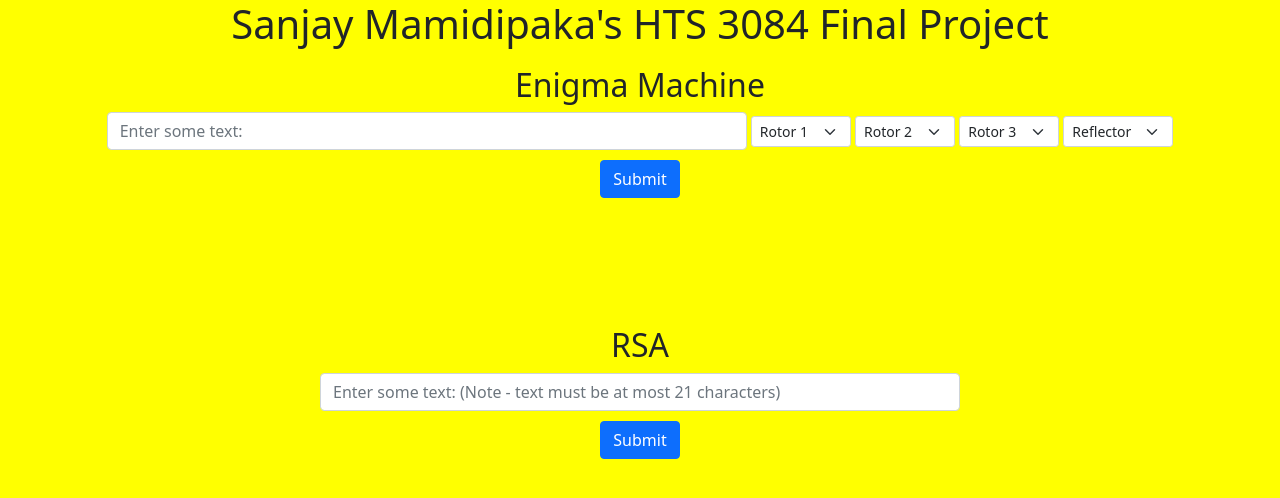
Repository: sanjayMamidipaka/htsfinalprojectnew
Page: http://localhost/
These files come from the project's save history. The page is drawn as it stood at one moment and after the next save; the edit follows.
The browser window is 1280 px wide. The pictures show the whole page.
The page is served by the project's application, run on Flask 3 (app.py).

Above is the page before, as saved 2021-11-30 17:53:51.

After the next save:
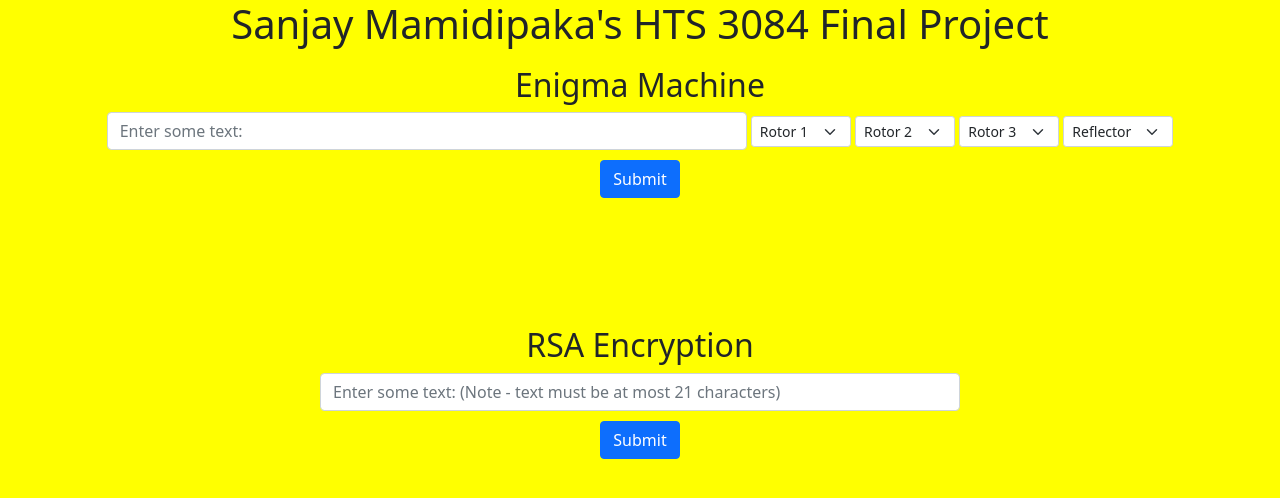
Saved 15 s later.
--- a/templates/index.html
+++ b/templates/index.html
@@ -62,7 +62,7 @@
           <form class="grid" action="/my-link-new/" method="POST">
 
             <div style="text-align: center;">
-                <h2>RSA</h2>
+                <h2>RSA Encryption</h2>
                 <input placeholder="Enter some text: (Note - text must be at most 21 characters)" type="text" id="name1" class="form-control" name="name1" style="width: 50%; margin: auto; display: block;">
                 <div style="padding-bottom: 10px;"></div>
                 <input class="file_submit btn btn-primary" type="Submit">
